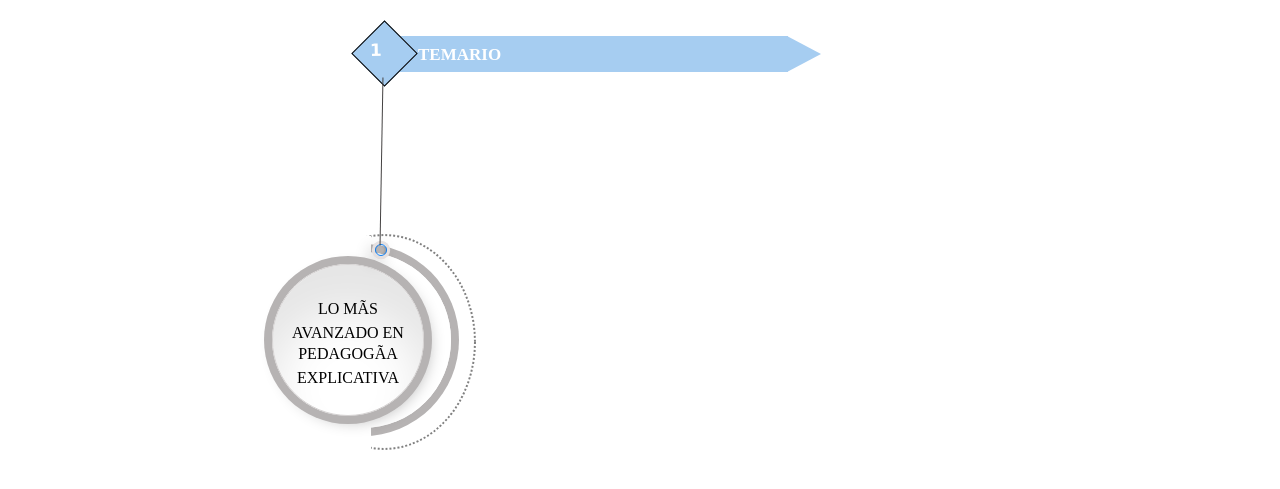
Repository: jennymoreno94/Menu
Page: index.html
These files come from the project's save history. The page is drawn as it stood at one moment and after the next save; the edit follows.
The browser window is 1280 px wide. The pictures show the whole page.

Above is the page before, as saved 2021-08-01 23:15:23.

### index.html
<!DOCTYPE html>
<html lang=”en”>

<head>
  <link rel="stylesheet" href="estilo.css">
  <meta charset=”UTF-8″ />
  <title>Menu</title>
</head>
<body>
  <container>
    <div class="circulo-completo">
      <div class="circle-menu">
        <p>LO MÁS AVANZADO EN PEDAGOGÍA EXPLICATIVA</p>
      </div>
      <div id="circulo" class="circle-menus derecha">

        <div class="circulo-pequeno num1"><div class="linea linea1"></div><div class="boton-agrupado btn1"><span class="rombo span1" style="background: rgb(166, 205, 241);"><h3 class="text">1</h3></span><a class="button-href color1" style="background: rgb(166, 205, 241);"><h3 class="texto">TEMARIO</h3></a><span class="flecha span1" style="border-left: 34px solid rgb(166, 205, 241);"></span></div></div>


      </div>
    </div>
    <div class="circle-punto derecha"> </div>
  </container>
</body>
<script type="text/javascript" src="menu.js"></script>

</html>

### estilo.css


.circulo-completo {
    margin: 250px;
}

.circle-menu {
    position: relative;
    width: 150px;
    height: 150px;
    border: 1px solid rgb(211, 208, 208);
    border-radius: 50%;
    box-shadow: inset 0 3em 3em rgba(0, 0, 0, 0.1), 0 0 0 0.5rem rgb(182, 179, 179), 0.3em 0.3em 1em rgba(0, 0, 0, 0.3);
    float: left;
    z-index: 7;
    margin: 14px;
}

p {
    padding: 1rem;
    text-align: center;
}

.circle-menus {
    position: relative;
    background-color: gray;
    width: 180px;
    height: 180px;
    border-radius: 50% 50%;
    margin-left: -165px;
    float: left;
    z-index: 6;
}

.circle-menus::before {
    position: absolute;
    content: "";
    top: 1%;
    left: 1%;
    background-color: #fff;
    height: 98%;
    width: 98%;
    border-radius: 50% 50%;
    box-shadow: inset 0 3em 3em rgb(255, 255, 255), 0 0 0 0.5rem rgb(182, 179, 179), 0.3em 0.3em 1em rgb(255, 255, 255);
}

.circle-menus::after {
    position: absolute;
    content: "";
    height: 50%;
    background-color: rgb(255, 255, 255);
    border: 1px solid #fff;
    top: 50%;
    left: 0;
    width: 100%;
    box-shadow: inset 0 3em 3em rgb(255, 255, 255), 0 0 0 0.5rem rgb(255, 255, 255), 0.3em 0.3em 1em rgb(255, 255, 255);
}

.circle-menus.derecha {
    transform: rotate(90deg);
}

.circulo-pequeno {
    position: relative;
    width: 10px;
    height: 10px;
    border-radius: 50%;
    box-shadow: inset 0 0.1rem 0.1rem rgba(0, 0, 0, 0.1), 0 0 0 0.2rem rgb(229, 224, 224), 0.3em 0.3em 1em rgba(0, 0, 0, 0.3);
    float: left;
    z-index: 5;
}

.num1 {
    border: 1px solid rgb(10 124 241);
    margin: 66px 0px 48px -6px;
}

.num::after {
    height: 1px;
    background-color: red;
}

.num2 {
    border: 1px solid rgb(32 20 212);
    margin: 42px 0px 0px -4px;
}

.num3 {
    border: 1px solid rgb(190 169 26);
    margin: 21px 0px 0px 2px;
}

.num4 {
    border: 1px solid rgb(200 41 41);
    margin: 4px 0px 0px 10px;
}

.num5 {
    border: 1px solid rgb(222 19 235);
    margin: -6px 0px 0px 16px;
}

.num6 {
    border: 1px solid rgb(18 235 115);
    margin: -8px 0px 0px 18px;
}

.num7 {
    border: 1px solid rgb(89 249 20);
    margin: 2px 0px 0px 18px;
}

.num8 {
    border: 1px solid rgb(100 3 225);
    margin: 18px 0px 0px 11px;
}

.num9 {
    border: 1px solid rgb(32 20 212);
    margin: 39px -1px 0px 3px;
}

.num10 {
    border: 1px solid rgb(32 20 212);
    margin: 66px -14px 0px -3px;
}

.circle-punto {
    position: relative;
    width: 212px;
    height: 180px;
    border-radius: 50% 50%;
    margin-left: -177px;
    border: 2px dotted gray;
    float: left;
    z-index: 4;
}

.circle-punto::before {
    position: absolute;
    content: "";
    top: 1%;
    left: 1%;
    background-color: #fff;
    height: 98%;
    width: 98%;
    border-radius: 50% 50%;
}

.circle-punto::after {
    position: absolute;
    content: "";
    height: 50%;
    background-color: rgb(255, 255, 255);
    border: 1px dotted #fff;
    top: 57%;
    left: 0;
    width: 100%;
}

.circle-punto.derecha {
    transform: rotate(90deg);
}

.boton-agrupado {
    position: relative;
    float: left;
    z-index: 3;
}

.button-href {
    position: relative;
    width: 400px;
    height: 36px;
    background: white;
    display: inline-block;
    color: black;
    text-decoration: none;
    z-index: -1;

}

.flecha {
    position: absolute;
    content: "";
    border-left: 34px solid white;
    border-top: 18px solid transparent;
    border-bottom: 18px solid transparent;
    margin-left: -1px;
}

.texto {
    margin-left: 30px;
    margin-top: 9px;
    font-size: 17px;
    color: white;

}

.btn1 {
    transform: translateY(-268px) translateX(-391px) rotate(630deg);
}

.btn2 {
    transform: translateY(-307px) translateX(-339px) rotate(630deg);
}

.btn3 {
    transform: translateY(-348px) translateX(-294px) rotate(630deg);
}

.btn4 {
    transform: translateY(-382px) translateX(-258px) rotate(630deg);
}

.btn5 {
    transform: translateY(-401px) translateX(-228px) rotate(630deg);
}

.btn6 {
    transform: translateY(-393px) translateX(-192px) rotate(630deg);
}

.btn7 {
    transform: translateY(-403px) translateX(-150px) rotate(630deg);
}

.btn8 {
    transform: translateY(-365px) translateX(-111px) rotate(630deg);
}

.btn9 {
    transform: translateY(-316px) translateX(-58px) rotate(630deg);
}

.btn10 {
    transform: translateY(-263px) translateX(-3px) rotate(630deg);
}

.linea {
    position: relative;
    width: 112px;
    height: 47px;
    border-bottom: 1px solid rgb(68, 66, 66);
    float: left;
    z-index: 4;
}

/*.linea::after {
    position: absolute;
    content: "";
    width: 10px;
    height: 10px;
    border-radius: 50%;
    float: left;
    border: 1px solid #000;

}*/

.linea1 {
    transform: translateY(4px) translateX(-168px) rotate(181deg);
    width: 168px;
}

.linea2 {
    transform: translateY(-4px) translateX(-143px) rotate(186deg);
    width: 140px;
}

.linea3 {
    transform: translateY(-30px) translateX(-115px) rotate(210deg);
    width: 110px;
}

.linea4 {
    transform: translateY(-57px) translateX(-105px) rotate(236deg);
}

.linea5 {
    transform: translateY(-72px) translateX(-91px) rotate(254deg);
}

.linea6 {
    transform: translateY(-76px) translateX(-67px) rotate(270deg);
    width: 100px;
}

.linea7 {
    transform: translateY(-86px) translateX(-51px) rotate(291deg);
    width: 118px;
}

.linea8 {
    transform: translateY(-77px) translateX(-21px) rotate(318deg);
}

.linea9 {
    transform: translateY(-11px) translateX(12px) rotate(169deg);
    width: 140px;
}

.linea10 {
    transform: translateY(-41px) translateX(11px) rotate(361deg);
    width: 168px;
}

.text {
    border-radius: 4px;
    font-family: Verdana;
    color: white;
    position: relative;
    overflow: hidden;
    padding: 4px;
    top: 37%;
    transform: translateY(-111%) rotate( 314deg);
    font-size: 17px;
    text-transform: uppercase;
}

.rombo {
    position: absolute;
    content: "";
    width: 45px;
    height: 45px;
    background: white;
    -webkit-transform: rotate(45deg);
    -moz-transform: rotate(45deg);
    -ms-transform: rotate(45deg);
    -o-transform: rotate(45deg);
    transform: rotate(45deg);
    border: 1px solid;
    margin-left: -27px;
    margin-top: -6px;
    z-index: 1;
}

### menu.js
let circulo = document.getElementById("circulo");

function Menu() {
    for (i = 0; i < 10 ; i++ ) {
        let circuloPequeno = document.createElement("div")
        circuloPequeno.classList.add("circulo-pequeno")
        circuloPequeno.classList.add(`num${i+1}`)

        let linea = document.createElement("div")
        linea.classList.add("linea")
        linea.classList.add(`linea${i+1}`)

        let boton = document.createElement("div")
        boton.classList.add("boton-agrupado")
        boton.classList.add(`btn${i+1}`)

        let color=cambiocolor(i+1)

        let spanRombo =document.createElement("span")
        spanRombo.classList.add("rombo")
        spanRombo.classList.add(`span${i+1}`)
        spanRombo.style.setProperty(`background`, color);

        let h3Rombo =document.createElement("h3")
        h3Rombo.classList.add("text")

        let link =document.createElement("a")
        link.classList.add("button-href")
        link.classList.add(`color${i+1}`)
        link.style.setProperty(`background`, color);

        let span =document.createElement("span")
        span.classList.add("flecha")
        span.classList.add(`span${i+1}`)
        span.style.setProperty(`border-left`,`34px solid ${color}`);

        let h3 =document.createElement("h3")
        h3.classList.add("texto")
        let textoFinal = texto(i+1)

        circulo.appendChild(circuloPequeno)
        circuloPequeno.appendChild(linea)
        circuloPequeno.appendChild(boton)
        boton.appendChild(spanRombo)
        boton.appendChild(link)
        boton.appendChild(span)
        link.appendChild(h3)
        spanRombo.appendChild(h3Rombo)
        h3.append(textoFinal);
        h3Rombo.append(i+1);
    }
}


function texto(num) {
    let texto = ''
    switch (num) {
        case 1: texto='TEMARIO'
        break;
        case 2: texto='SISTEMA EXPLICATIVO'
        break;
        case 3: texto='SISTEMA EVALUATIVO'
        break;
        case 4: texto='COSTOS ECONÓMICOS'
        break;
        case 5: texto='ESTUDIE EN CUALQUIER DISPOSITIVO'
        break;
        case 6: texto='NUESTROS BENEFICIOS'
        break;
        case 7: texto='ADQUIÉRELO CON FACILIDAD'
        break;
        case 8: texto='A TU DISPOSICIÓN EN MINUTOS'
        break;
        case 9: texto='MATEMÁTICAS INTERACTIVAS PARA NIÑOS'
        break;
        case 10: texto='LIBROS DE SUPERACIÓN'
        break;
    }
    return texto
}

function cambiocolor(num) {
    let color = ''
    switch (num) {
        case 1: color='rgb(166, 205, 241)'
        break;
        case 2: color='blue'
        break;
        case 3: color='orange'
        break;
        case 4: color='green'
        break;
        case 5: color='red'
        break;
        case 6: color='pink'
        break;
        case 7: color='green'
        break;
        case 8: color='purple'
        break;
        case 9: color='pink'
        break;
        case 10: color='orange'
        break;
    }
    return color
}




//document.onload = Menu()

After the next save:
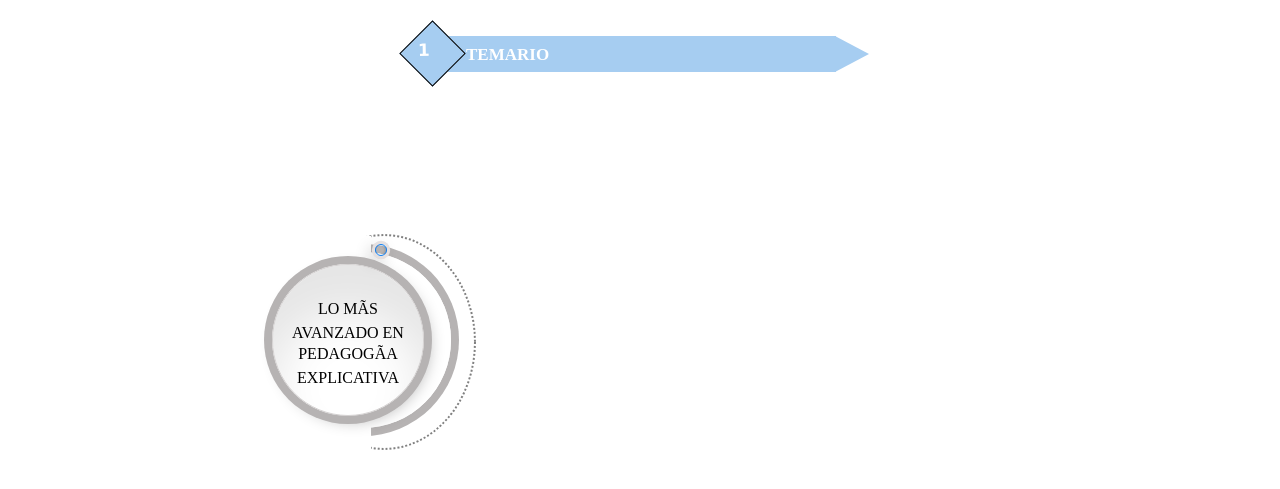
Saved 107 s later.
--- a/index.html
+++ b/index.html
@@ -14,7 +14,18 @@
       </div>
       <div id="circulo" class="circle-menus derecha">
 
-        <div class="circulo-pequeno num1"><div class="linea linea1"></div><div class="boton-agrupado btn1"><span class="rombo span1" style="background: rgb(166, 205, 241);"><h3 class="text">1</h3></span><a class="button-href color1" style="background: rgb(166, 205, 241);"><h3 class="texto">TEMARIO</h3></a><span class="flecha span1" style="border-left: 34px solid rgb(166, 205, 241);"></span></div></div>
+        <div class="circulo-pequeno num1">
+
+            <div class="linea1">
+
+            </div>
+            <div class="boton-agrupado btn1">
+                <span class="rombo span1" style="background: rgb(166, 205, 241);">
+                <h3 class="text">1</h3></span>
+                <a class="button-href color1" style="background: rgb(166, 205, 241);">
+                <h3 class="texto">TEMARIO</h3></a><span class="flecha span1" style="border-left: 34px solid rgb(166, 205, 241);"></span>
+              </div>
+            </div>
 
 
       </div>
